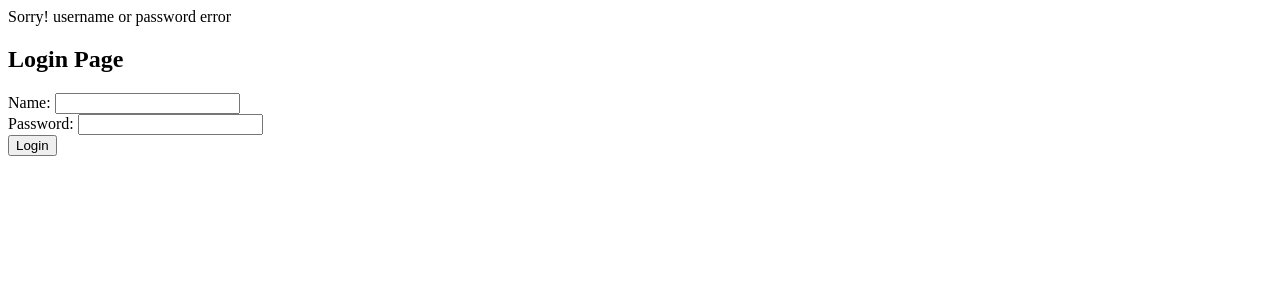
Repository: iliya03/Java-Web
Page: http://localhost/IliyaLoginApp/login-error.jsp
An editor plug-in stored every save of this project. The page is shown before and after the next save, followed by the edit.
The browser window is 1280 px wide. The pictures show the whole page.
The page is served by Tomcat 10. Other server files are loaded and not shown.

Above is the page before, as saved 2025-01-26 13:27:06.

### IliyaLoginApp/src/main/webapp/login-error.jsp
<p>Sorry! username or password error</p>
<%@ include file="index.jsp" %>

### IliyaLoginApp/src/main/webapp/index.jsp
<html>
  <body>
    <h2>Login Page</h2>
    <form action="ControllerServlet" method="post">
      Name: <input type="text" name="name" /><br />
      Password: <input type="password" name="password" /><br />
      <input type="submit" value="Login" />
    </form>
  </body>
</html>

After the next save:
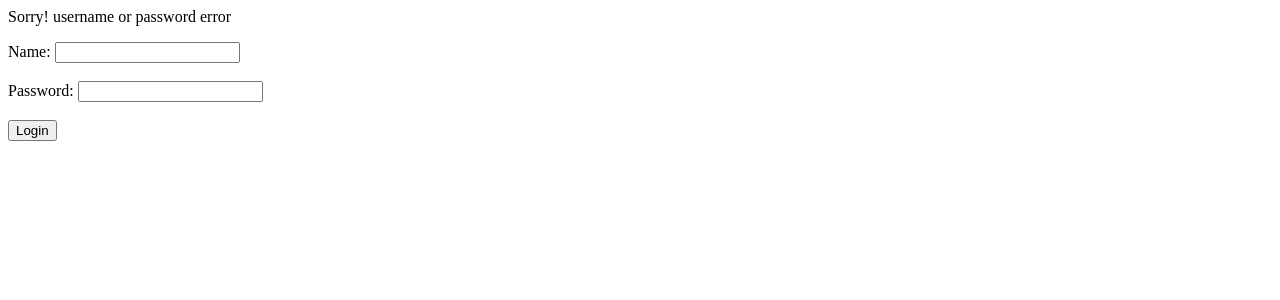
Saved 3 s later.
--- a/IliyaLoginApp/src/main/webapp/index.jsp
+++ b/IliyaLoginApp/src/main/webapp/index.jsp
@@ -1,10 +1,17 @@
+<!DOCTYPE html>
 <html>
-  <body>
-    <h2>Login Page</h2>
-    <form action="ControllerServlet" method="post">
-      Name: <input type="text" name="name" /><br />
-      Password: <input type="password" name="password" /><br />
-      <input type="submit" value="Login" />
+<head>
+    <title>Login</title>
+</head>
+<body>
+    <form action="login" method="post">
+        <label for="name">Name:</label>
+        <input type="text" id="name" name="name" required><br><br>
+
+        <label for="password">Password:</label>
+        <input type="password" id="password" name="password" required><br><br>
+
+        <button type="submit">Login</button>
     </form>
-  </body>
+</body>
 </html>
